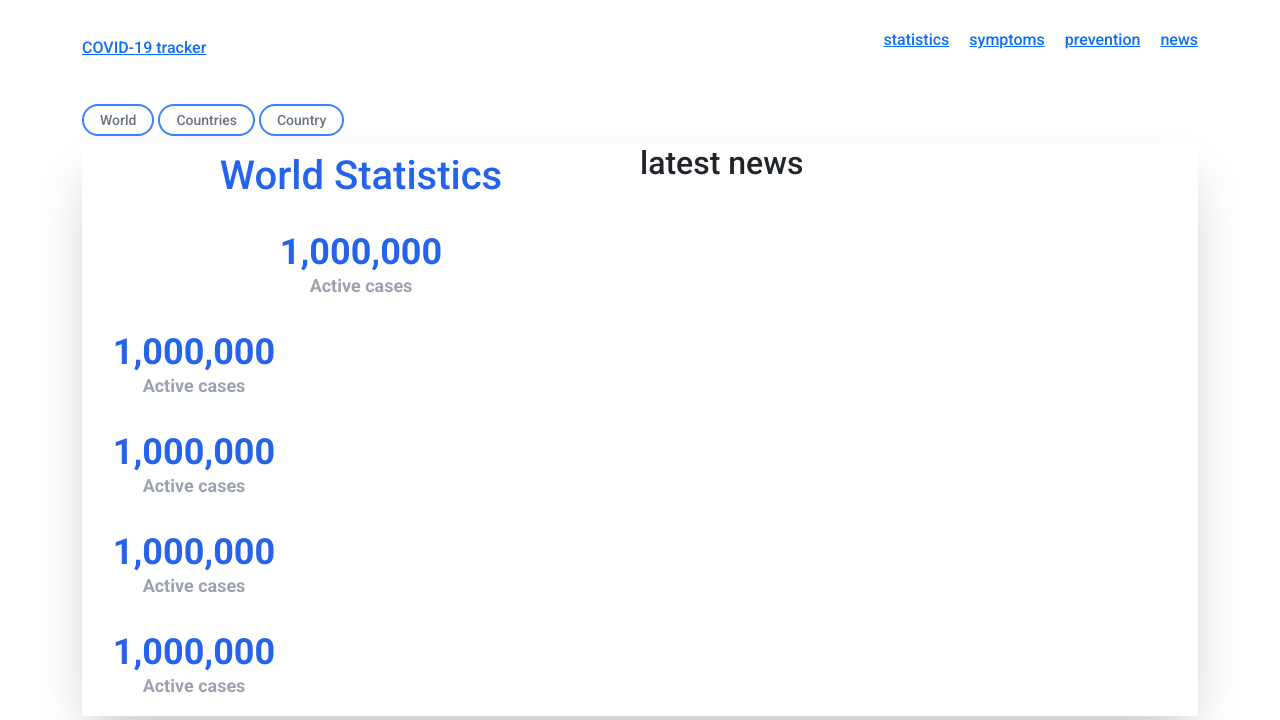
Repository: latenightsnacc/covid-19tracker
Page: design/index.html
These files come from the project's save history. The page is drawn as it stood at one moment and after the next save; the edit follows.
The browser window is 1280 px wide. The pictures show the whole page.
Some web libraries are served in a nearby version.

Above is the page before, as saved 2021-07-22 16:38:41.

### design/index.html
<!DOCTYPE html>
<html lang="en">
<head>
    <meta charset="UTF-8">
    <meta http-equiv="X-UA-Compatible" content="IE=edge">
    <meta name="viewport" content="width=device-width, initial-scale=1.0">
    <!--Tailwind Css-->
    <link href="https://unpkg.com/tailwindcss@^2/dist/tailwind.min.css" rel="stylesheet">
    <!--Bootstrap CSS-->
    <link href="https://cdn.jsdelivr.net/npm/bootstrap@5.0.0-beta3/dist/css/bootstrap.min.css" rel="stylesheet" integrity="sha384-eOJMYsd53ii+scO/bJGFsiCZc+5NDVN2yr8+0RDqr0Ql0h+rP48ckxlpbzKgwra6" crossorigin="anonymous">
    <!--Font Awesome 5 CDN-->
    <link href="https://cdnjs.cloudflare.com/ajax/libs/font-awesome/5.13.0/css/all.min.css" rel="stylesheet">
    <!--Roboto: Google Font-->
    <link rel="preconnect" href="https://fonts.googleapis.com">
<link rel="preconnect" href="https://fonts.gstatic.com" crossorigin>
<link href="https://fonts.googleapis.com/css2?family=Roboto:wght@300;500;700&display=swap" rel="stylesheet">
    <title>COVID-19 Tracker</title>
    <style>
        * {
            font-family: 'Roboto', sans-serif;
        }
        #coco {

            fill: rgb(1, 1, 58);
            stroke: rgb(95, 4, 80);
            stroke-width: 5px;
            animation: virus-spin infinite 20s linear;

        }

        @keyframes virus-spin {
            from {
                /* transform: rotate(0deg); */
                transform: rotateZ(0deg);
            }
            to {
                transform: rotateZ(-360deg);
            }
        }

    </style>
</head>
<body>
    <main class="m-auto">
        <!--Navigation Component-->
        <div class="container">
            <nav class="flex justify-between w-100 items-center h-24">
                <a href="index.html">
                    <div>COVID-19 tracker</div>
                </a>
                <ul class="flex">
                    <li>
                        <a href="">statistics</a>
                    </li>
                    <li class="ml-5">
                        <a href="">symptoms</a>
                    </li>
                    <li class="ml-5">
                        <a href="">prevention</a>
                    </li>
                    <li class="ml-5">
                        <a href="">news</a>
                    </li>
                </ul>
            </nav>
        </div>

        <div class="container">
            <div class="tags py-2">
                <button class="border-2 border-blue-500 px-3 py-1 rounded-2xl text-gray-500 hover:bg-blue-500 hover:text-white text-mute text-sm capitalize">world</button>
                <button class="border-2 border-blue-500 px-3 py-1 rounded-2xl text-gray-500 hover:bg-blue-500 hover:text-white text-mute text-sm capitalize">countries</button>
                <button class="border-2 border-blue-500 px-3 py-1 rounded-2xl text-gray-500 hover:bg-blue-500 hover:text-white text-mute text-sm capitalize">country</button>
            </div>
            <div class="flex flex-col md:flex-row  shadow-2xl">

                <div class="w-100 md:w-1/2">
                    <h1 class="text-blue-600 text-center py-2">World Statistics</h1>
                    <div class="stats">
                        <div class="w-56 flex flex-col items-center justify-center p-3 m-auto">
                            <span class="text-4xl text-blue-600 font-bold">1,000,000</span>
                            <span class="text-lg text-gray-400 font-bold">Active cases</span>
                        </div>
                        <div class="grid grid-row ">
                            <div class="w-56 flex flex-col items-center justify-center p-3">
                                <span class="text-4xl text-blue-600 font-bold">1,000,000</span>
                                <span class="text-lg text-gray-400 font-bold">Active cases</span>
                            </div>
                            <div class="w-56 flex flex-col items-center justify-center p-3">
                                <span class="text-4xl text-blue-600 font-bold">1,000,000</span>
                                <span class="text-lg text-gray-400 font-bold">Active cases</span>
                            </div>
                            <div class="w-56 flex flex-col items-center justify-center p-3">
                                <span class="text-4xl text-blue-600 font-bold">1,000,000</span>
                                <span class="text-lg text-gray-400 font-bold">Active cases</span>
                            </div>
                            <div class="w-56 flex flex-col items-center justify-center p-3">
                                <span class="text-4xl text-blue-600 font-bold">1,000,000</span>
                                <span class="text-lg text-gray-400 font-bold">Active cases</span>
                            </div>
                        </div>

                    </div>

                </div>
                <div class="w-100 md:w-1/2">
                    <h2>latest news</h2>

                </div>

            </div>
        </div>
    </main>
</body>
</html>

After the next save:
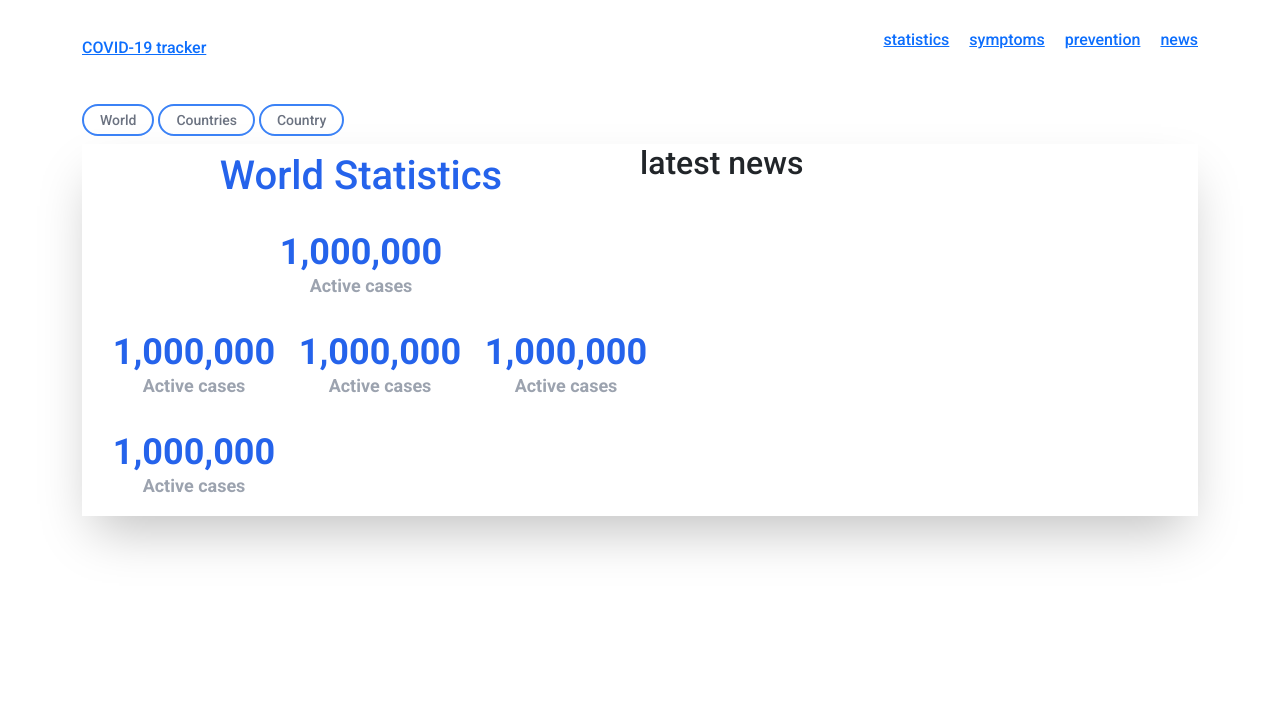
Saved 73 s later.
--- a/design/index.html
+++ b/design/index.html
@@ -80,7 +80,7 @@
                             <span class="text-4xl text-blue-600 font-bold">1,000,000</span>
                             <span class="text-lg text-gray-400 font-bold">Active cases</span>
                         </div>
-                        <div class="grid grid-row ">
+                        <div class="grid grid-rows-auto grid-cols-3">
                             <div class="w-56 flex flex-col items-center justify-center p-3">
                                 <span class="text-4xl text-blue-600 font-bold">1,000,000</span>
                                 <span class="text-lg text-gray-400 font-bold">Active cases</span>
